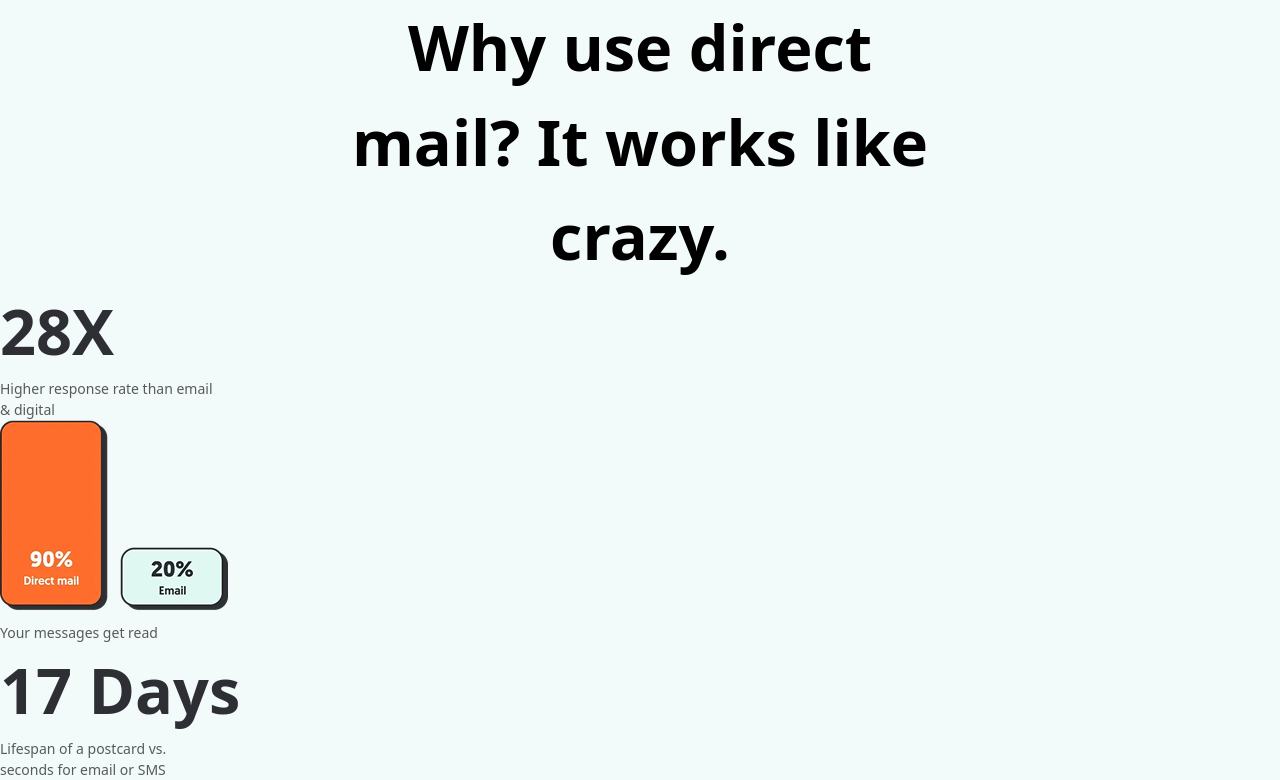
Repository: trusha97/postpilot
Page: mailsende.html
The author's editor kept a copy of each file at every save. The page is drawn from the files as they stood at one save, then again after the next save.
The browser window is 1280 px wide. The pictures show the whole page.
Some web libraries are served in a nearby version.

Above is the page before, as saved 2025-05-21 14:53:14.

### mailsende.html
<!DOCTYPE html>
<html lang="en">

<head>
    <meta charset="UTF-8" />
    <meta name="viewport" content="width=device-width, initial-scale=1.0" />
    <title>mail send</title>
    <!-- Tailwind CSS CDN -->
    <script src="https://cdn.tailwindcss.com"></script>
</head>

<body>
    <div class="bg-[#F3FAFA]">
        <div>
            <p class="text-[63px] max-w-[615px] text-center mx-auto font-bold">Why use direct mail?
                It <span>works</span> like crazy.</p>
        </div>
        <div
            class="">
            <div>
                <h2 class="text-[63px] font-[700] text-[#2E2F35] max-md:text-[50px] max-sm:text-[30px]">28X</h2>
                <p class="text-[14px] font-[500] text-[#58595D]">Higher response rate than email<br>&
                    digital
                </p>
            </div>
            <div>
                <img src="Assets/images/emailmobile.png">
                <p class="text-[14px] font-[500] text-[#58595D]">Your messages get read</p>
            </div>
            <div>
                <h2 class="text-[63px] font-[700] text-[#2E2F35] max-md:text-[50px] max-sm:text-[30px]"">17 Days</h2>
                        <p class=" text-[14px] font-[500] text-[#58595D]">Lifespan of a postcard vs.<br>seconds
                    for email
                    or SMS</p>
            </div>
        </div>
    </div>
</body>

</html>

After the next save:
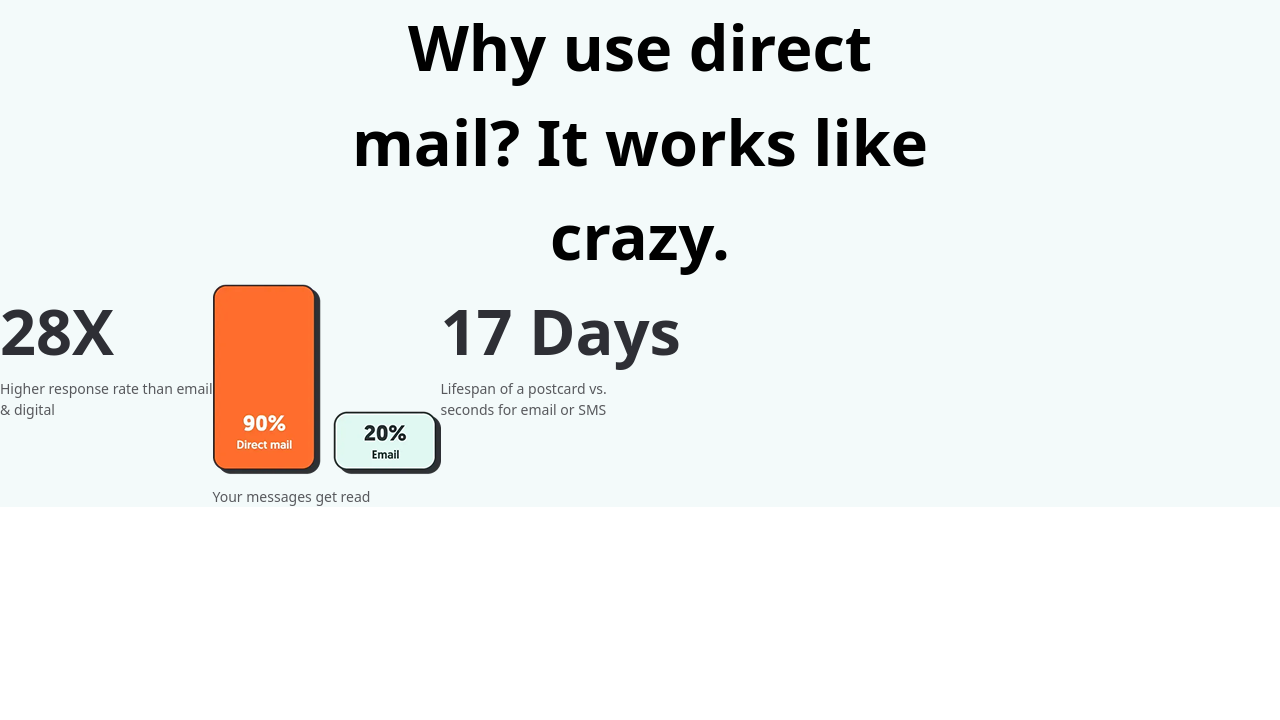
Saved 15 s later.
--- a/mailsende.html
+++ b/mailsende.html
@@ -16,7 +16,7 @@
                 It <span>works</span> like crazy.</p>
         </div>
         <div
-            class="">
+            class="flex">
             <div>
                 <h2 class="text-[63px] font-[700] text-[#2E2F35] max-md:text-[50px] max-sm:text-[30px]">28X</h2>
                 <p class="text-[14px] font-[500] text-[#58595D]">Higher response rate than email<br>&
